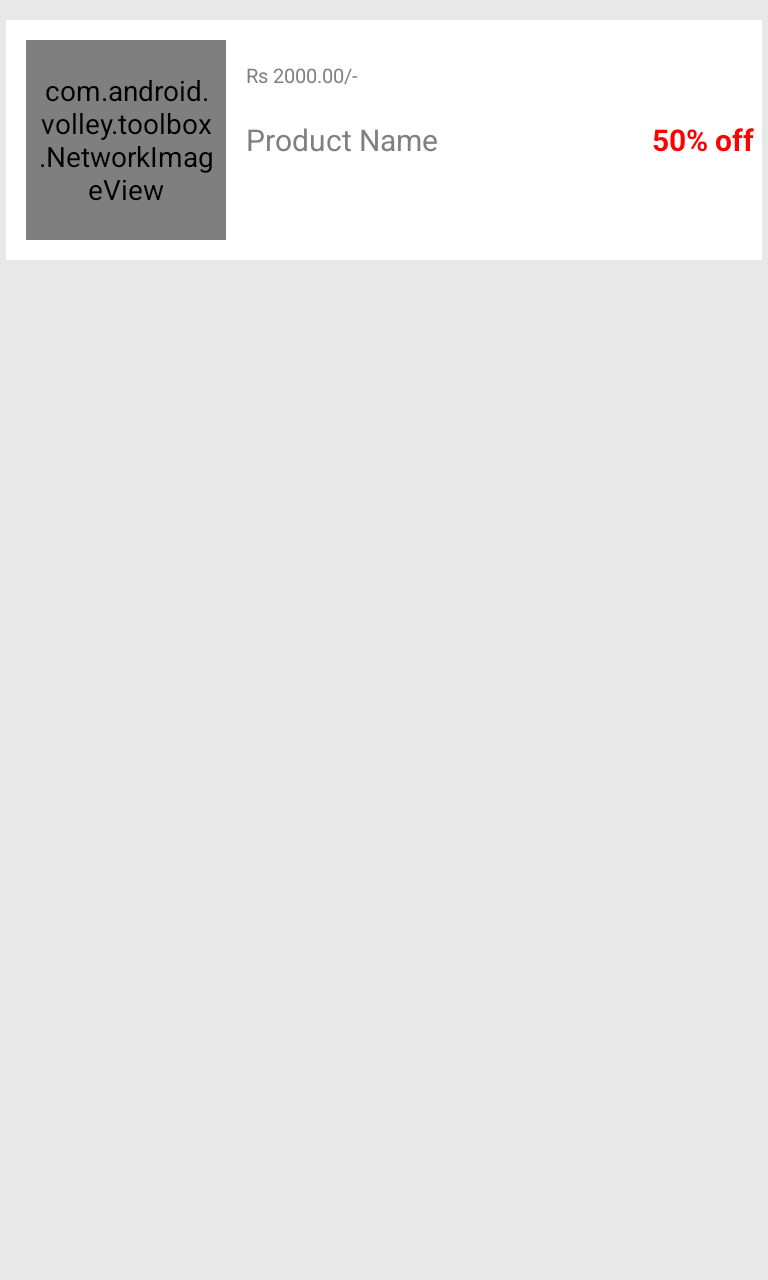
Repository: thisisdemo333/BigDiscount
Layout: BigDiscounts/res/layout/view_lv_search_list.xml
The author's editor kept a copy of each file at every save. The layout is drawn from the files as they stood at one save, then again after the next save.
Pictures or frames that could not be fetched are drawn as grey boxes. It is drawn on a 768 x 1280 px phone screen (xhdpi) without system bars, with theme AppTheme; the app's code is not run.

Above is the layout before, as saved 2015-05-10 16:21:40.

### BigDiscounts/res/layout/view_lv_search_list.xml
<?xml version="1.0" encoding="utf-8"?>
<LinearLayout xmlns:android="http://schemas.android.com/apk/res/android"
    android:layout_width="match_parent"
    android:layout_height="wrap_content"
    android:background="@color/gray_light"
    android:orientation="vertical" >

    <RelativeLayout
        android:id="@+id/relativeLayout"
        android:layout_width="match_parent"
        android:layout_height="wrap_content"
        android:layout_marginBottom="@dimen/margin_3dp"
        android:layout_marginLeft="@dimen/margin_3dp"
        android:layout_marginRight="@dimen/margin_3dp"
        android:layout_marginTop="@dimen/margin_10dp"
        android:background="@color/white" >

        <RelativeLayout
            android:id="@+id/image_loader"
            android:layout_width="wrap_content"
            android:layout_height="wrap_content" >

            <ProgressBar
                android:layout_width="wrap_content"
                android:layout_height="wrap_content"
                android:layout_centerInParent="true" />

            <com.android.volley.toolbox.NetworkImageView
                android:id="@+id/iv_product_image"
                android:layout_width="@dimen/dimen_search_item_image"
                android:layout_height="@dimen/dimen_search_item_image"
                android:layout_margin="@dimen/margin_10dp"
                android:layout_marginLeft="@dimen/margin_10dp"
                android:focusable="false"
                android:focusableInTouchMode="false"
                android:padding="@dimen/margin_5dp"
                android:scaleType="fitXY" />
        </RelativeLayout>

        <TextView
            android:id="@+id/tv_product_name"
            android:layout_width="wrap_content"
            android:layout_height="wrap_content"
            android:layout_centerVertical="true"
            android:layout_toRightOf="@+id/image_loader"
            android:text="Product Name"
            android:textColor="@color/gray"
            android:textSize="@dimen/medium_text_size" />

        <TextView
            android:id="@+id/tv_product_selling_prise"
            android:layout_width="wrap_content"
            android:layout_height="wrap_content"
            android:layout_below="@+id/tv_product_name"
            android:layout_toRightOf="@+id/image_loader"
            android:text="Rs 2000.00/-"
            android:textColor="@color/gray"
            android:textSize="@dimen/small_text_size" />

        <!-- <TextView -->
        <!-- android:id="@+id/tv_product_mrp" -->
        <!-- android:layout_width="wrap_content" -->
        <!-- android:layout_height="wrap_content" -->
        <!-- android:layout_below="@+id/tv_product_selling_prise" -->
        <!-- android:layout_toRightOf="@+id/image_loader" -->
        <!-- android:text="50000.00/-" -->
        <!-- android:textColor="@color/gray" -->
        <!-- android:textSize="@dimen/small_text_size" /> -->

        <TextView
            android:id="@+id/tv_product_offer"
            android:layout_width="wrap_content"
            android:layout_height="wrap_content"
            android:layout_alignParentRight="true"
            android:layout_below="@+id/tv_product_name"
            android:layout_centerVertical="true"
            android:layout_marginRight="@dimen/margin_2dp"
            android:padding="@dimen/padding_2dp"
            android:text="50% off"
            android:textColor="@color/red"
            android:textSize="@dimen/medium_text_size"
            android:textStyle="bold" />
    </RelativeLayout>

</LinearLayout>

### BigDiscounts/res/values/styles.xml
<resources xmlns:android="http://schemas.android.com/apk/res/android">

    <!--
        Base application theme, dependent on API level. This theme is replaced
        by AppBaseTheme from res/values-vXX/styles.xml on newer devices.


    -->
    <style name="AppBaseTheme" parent="android:Theme.Light">
        <!--
            Theme customizations available in newer API levels can go in
            res/values-vXX/styles.xml, while customizations related to
            backward-compatibility can go here.


        -->
    </style>

    <!-- Application theme. -->
    <style name="AppTheme" parent="AppBaseTheme">

        <!-- All customizations that are NOT specific to a particular API-level can go here. -->
        <item name="android:actionBarStyle">@style/MyActionBar</item>
    </style>

    <!-- Action bar theme. -->
    <style name="MyActionBar" parent="@android:style/Widget.Holo.Light.ActionBar">
        <item name="android:background">@color/RoyalBlue</item>
        <item name="android:titleTextStyle">@style/AppTitle</item>
    </style>

    <!-- App title theme -->
    <style name="AppTitle" parent="@android:style/TextAppearance.Holo.Widget.ActionBar.Title">
        <item name="android:textColor">@color/white</item>
    </style>

</resources>

### BigDiscounts/res/values/colors.xml
<?xml version="1.0" encoding="utf-8"?>
<resources>

    <color name="background">#135493</color>
    <color name="login_color">#d34836</color>
    <color name="actionBar">#2F8DE4</color>
    <color name="white_smoke">#F7F7F7</color>
    <color name="white">#ffffff</color>
    <color name="black">#000000</color>
    <color name="transparent">#00000000</color>
    <color name="main_color_green">#00b863</color>
    <color name="main_color_gray_dk">#3b3b3b</color>
    <color name="main_color_gray_lt">#acacac</color>
    <color name="main_color_gray">#7d7d7d</color>
    <color name="gray_light">#e8e8e8</color>
    <color name="yellow">#FFFF00</color>
    <color name="fuchsia">#FF00FF</color>
    <color name="red">#FF0000</color>
    <color name="silver">#C0C0C0</color>
    <color name="gray">#808080</color>
    <color name="olive">#808000</color>
    <color name="purple">#800080</color>
    <color name="maroon">#800000</color>
    <color name="aqua">#00FFFF</color>
    <color name="lime">#00FF00</color>
    <color name="teal">#008080</color>
    <color name="green">#008000</color>
    <color name="blue">#0000FF</color>
    <color name="navy">#000080</color>
    <color name="White">#FFFFFF</color>
    <color name="Ivory">#FFFFF0</color>
    <color name="LightYellow">#FFFFE0</color>
    <color name="Yellow">#FFFF00</color>
    <color name="Snow">#FFFAFA</color>
    <color name="FloralWhite">#FFFAF0</color>
    <color name="LemonChiffon">#FFFACD</color>
    <color name="Cornsilk">#FFF8DC</color>
    <color name="Seashell">#FFF5EE</color>
    <color name="LavenderBlush">#FFF0F5</color>
    <color name="PapayaWhip">#FFEFD5</color>
    <color name="BlanchedAlmond">#FFEBCD</color>
    <color name="MistyRose">#FFE4E1</color>
    <color name="Bisque">#FFE4C4</color>
    <color name="Moccasin">#FFE4B5</color>
    <color name="NavajoWhite">#FFDEAD</color>
    <color name="PeachPuff">#FFDAB9</color>
    <color name="Gold">#FFD700</color>
    <color name="Pink">#FFC0CB</color>
    <color name="LightPink">#FFB6C1</color>
    <color name="Orange">#FFA500</color>
    <color name="LightSalmon">#FFA07A</color>
    <color name="DarkOrange">#FF8C00</color>
    <color name="Coral">#FF7F50</color>
    <color name="HotPink">#FF69B4</color>
    <color name="Tomato">#FF6347</color>
    <color name="OrangeRed">#FF4500</color>
    <color name="DeepPink">#FF1493</color>
    <color name="Fuchsia">#FF00FF</color>
    <color name="Magenta">#FF00FF</color>
    <color name="Red">#FF0000</color>
    <color name="OldLace">#FDF5E6</color>
    <color name="LightGoldenrodYellow">#FAFAD2</color>
    <color name="Linen">#FAF0E6</color>
    <color name="AntiqueWhite">#FAEBD7</color>
    <color name="Salmon">#FA8072</color>
    <color name="GhostWhite">#F8F8FF</color>
    <color name="MintCream">#F5FFFA</color>
    <color name="WhiteSmoke">#F5F5F5</color>
    <color name="Beige">#F5F5DC</color>
    <color name="Wheat">#F5DEB3</color>
    <color name="SandyBrown">#F4A460</color>
    <color name="Azure">#F0FFFF</color>
    <color name="Honeydew">#F0FFF0</color>
    <color name="AliceBlue">#F0F8FF</color>
    <color name="Khaki">#F0E68C</color>
    <color name="LightCoral">#F08080</color>
    <color name="PaleGoldenrod">#EEE8AA</color>
    <color name="Violet">#EE82EE</color>
    <color name="DarkSalmon">#E9967A</color>
    <color name="Lavender">#E6E6FA</color>
    <color name="LightCyan">#E0FFFF</color>
    <color name="BurlyWood">#DEB887</color>
    <color name="Plum">#DDA0DD</color>
    <color name="Gainsboro">#DCDCDC</color>
    <color name="Crimson">#DC143C</color>
    <color name="PaleVioletRed">#DB7093</color>
    <color name="Goldenrod">#DAA520</color>
    <color name="Orchid">#DA70D6</color>
    <color name="Thistle">#D8BFD8</color>
    <color name="LightGrey">#D3D3D3</color>
    <color name="Tan">#D2B48C</color>
    <color name="Chocolate">#D2691E</color>
    <color name="Peru">#CD853F</color>
    <color name="IndianRed">#CD5C5C</color>
    <color name="MediumVioletRed">#C71585</color>
    <color name="Silver">#C0C0C0</color>
    <color name="DarkKhaki">#BDB76B</color>
    <color name="RosyBrown">#BC8F8F</color>
    <color name="MediumOrchid">#BA55D3</color>
    <color name="DarkGoldenrod">#B8860B</color>
    <color name="FireBrick">#B22222</color>
    <color name="PowderBlue">#B0E0E6</color>
    <color name="LightSteelBlue">#B0C4DE</color>
    <color name="PaleTurquoise">#AFEEEE</color>
    <color name="GreenYellow">#ADFF2F</color>
    <color name="LightBlue">#ADD8E6</color>
    <color name="DarkGray">#A9A9A9</color>
    <color name="Brown">#A52A2A</color>
    <color name="Sienna">#A0522D</color>
    <color name="YellowGreen">#9ACD32</color>
    <color name="DarkOrchid">#9932CC</color>
    <color name="PaleGreen">#98FB98</color>
    <color name="DarkViolet">#9400D3</color>
    <color name="MediumPurple">#9370DB</color>
    <color name="LightGreen">#90EE90</color>
    <color name="DarkSeaGreen">#8FBC8F</color>
    <color name="SaddleBrown">#8B4513</color>
    <color name="DarkMagenta">#8B008B</color>
    <color name="DarkRed">#8B0000</color>
    <color name="BlueViolet">#8A2BE2</color>
    <color name="LightSkyBlue">#87CEFA</color>
    <color name="SkyBlue">#87CEEB</color>
    <color name="Gray">#808080</color>
    <color name="Olive">#808000</color>
    <color name="Purple">#800080</color>
    <color name="Maroon">#800000</color>
    <color name="Aquamarine">#7FFFD4</color>
    <color name="Chartreuse">#7FFF00</color>
    <color name="LawnGreen">#7CFC00</color>
    <color name="MediumSlateBlue">#7B68EE</color>
    <color name="LightSlateGray">#778899</color>
    <color name="SlateGray">#708090</color>
    <color name="OliveDrab">#6B8E23</color>
    <color name="SlateBlue">#6A5ACD</color>
    <color name="DimGray">#696969</color>
    <color name="MediumAquamarine">#66CDAA</color>
    <color name="CornflowerBlue">#6495ED</color>
    <color name="CadetBlue">#5F9EA0</color>
    <color name="DarkOliveGreen">#556B2F</color>
    <color name="Indigo">#4B0082</color>
    <color name="MediumTurquoise">#48D1CC</color>
    <color name="DarkSlateBlue">#483D8B</color>
    <color name="SteelBlue">#4682B4</color>
    <color name="RoyalBlue">#4169E1</color>
    <color name="Turquoise">#40E0D0</color>
    <color name="MediumSeaGreen">#3CB371</color>
    <color name="LimeGreen">#32CD32</color>
    <color name="DarkSlateGray">#2F4F4F</color>
    <color name="SeaGreen">#2E8B57</color>
    <color name="ForestGreen">#228B22</color>
    <color name="LightSeaGreen">#20B2AA</color>
    <color name="DodgerBlue">#1E90FF</color>
    <color name="MidnightBlue">#191970</color>
    <color name="Aqua">#00FFFF</color>
    <color name="Cyan">#00FFFF</color>
    <color name="SpringGreen">#00FF7F</color>
    <color name="Lime">#00FF00</color>
    <color name="MediumSpringGreen">#00FA9A</color>
    <color name="DarkTurquoise">#00CED1</color>
    <color name="DeepSkyBlue">#00BFFF</color>
    <color name="DarkCyan">#008B8B</color>
    <color name="Teal">#008080</color>
    <color name="Green">#008000</color>
    <color name="DarkGreen">#006400</color>
    <color name="Blue">#0000FF</color>
    <color name="MediumBlue">#0000CD</color>
    <color name="DarkBlue">#00008B</color>
    <color name="Navy">#000080</color>
    <color name="Black">#000000</color>
    <color name="carrier_launcher_theme">#AE0000</color>
    <color name="career_header">#AE0000</color>
    <color name="career_background">#373737</color>
    <color name="cancel">#8A8D8B</color>
    <color name="listview_1">#70000000</color>
    <color name="theme">#C91870</color>
    <color name="application_bg">#E9E9E9</color>
    <color name="blue_light">#4074b3</color>
    <color name="gray_dark">#4b4b4b</color>
    <color name="gray_faint">#F7F7F7</color>
    <color name="blue_sky">#01AADE</color>
    <color name="blue_royal">#526DAE</color>
    <color name="Transperent_60black">#99000000</color>

</resources>

### BigDiscounts/res/values-hdpi/dimens.xml
<?xml version="1.0" encoding="utf-8"?>
<resources>

    <!-- Text Size -->
    <dimen name="very_small_text_size">8sp</dimen>
    <dimen name="sub_small_text_size">9sp</dimen>
    <dimen name="small_text_size">10sp</dimen>
    <dimen name="medium_text_size">15sp</dimen>
    <dimen name="large_text_size">25sp</dimen>
    <dimen name="very_large_text_size">35sp</dimen>

    <!-- padding -->
    <dimen name="padding_1dp">1dp</dimen>
    <dimen name="padding_2dp">2dp</dimen>
    <dimen name="padding_3dp">3dp</dimen>
    <dimen name="padding_4dp">4dp</dimen>
    <dimen name="padding_5dp">5dp</dimen>
    <dimen name="padding_6dp">6dp</dimen>
    <dimen name="padding_7dp">7dp</dimen>
    <dimen name="padding_8dp">8dp</dimen>
    <dimen name="padding_9dp">9dp</dimen>
    <dimen name="padding_10dp">10dp</dimen>
    <dimen name="padding_15dp">15dp</dimen>
    <dimen name="padding_20dp">20dp</dimen>
    <dimen name="padding_25dp">25dp</dimen>
    <dimen name="padding_30dp">30dp</dimen>
    <dimen name="padding_40dp">40dp</dimen>

    <!-- Margin -->
    <dimen name="margin_1dp">1dp</dimen>
    <dimen name="margin_2dp">2dp</dimen>
    <dimen name="margin_3dp">3dp</dimen>
    <dimen name="margin_4dp">4dp</dimen>
    <dimen name="margin_5dp">5dp</dimen>
    <dimen name="margin_6dp">6dp</dimen>
    <dimen name="margin_7dp">7dp</dimen>
    <dimen name="margin_8dp">8dp</dimen>
    <dimen name="margin_9dp">9dp</dimen>
    <dimen name="margin_10dp">10dp</dimen>
    <dimen name="margin_15dp">15dp</dimen>
    <dimen name="margin_20dp">20dp</dimen>
    <dimen name="margin_25dp">25dp</dimen>
    <dimen name="margin_30dp">30dp</dimen>

    <!-- Imageview Category Dimen -->
    <dimen name="imv_category_dimen">40dp</dimen>

    <!-- Category Fragment dimen -->
    <dimen name="dimen_hotdeals_listview">165dp</dimen>
    <dimen name="dimen_view_pager">165dp</dimen>
    <dimen name="dimen_hot_deals_image">165dp</dimen>
    <dimen name="dimen_product_image">165dp</dimen>

    <!-- Search Item Image dimen -->
    <dimen name="dimen_search_item_image">100dp</dimen>

    <!-- Advertise Screen Dimen -->
    <dimen name="dimen_advetise_viewpager">200dp</dimen>
    <dimen name="dimen_advertise_horizontal_listview">100dp</dimen>
    <dimen name="dimen_advertise_call_image">40dp</dimen>
    <dimen name="dimen_advertise_sms_image">40dp</dimen>
    <dimen name="dimen_advertise_pager_addres">100dp</dimen>

</resources>

### BigDiscounts/res/values-mdpi/dimens.xml
<?xml version="1.0" encoding="utf-8"?>
<resources>

    <!-- Text Size -->
    <dimen name="very_small_text_size">8sp</dimen>
    <dimen name="sub_small_text_size">9sp</dimen>
    <dimen name="small_text_size">10sp</dimen>
    <dimen name="medium_text_size">15sp</dimen>
    <dimen name="large_text_size">25sp</dimen>
    <dimen name="very_large_text_size">35sp</dimen>

    <!-- padding -->
    <dimen name="padding_1dp">1dp</dimen>
    <dimen name="padding_2dp">2dp</dimen>
    <dimen name="padding_3dp">3dp</dimen>
    <dimen name="padding_4dp">4dp</dimen>
    <dimen name="padding_5dp">5dp</dimen>
    <dimen name="padding_6dp">6dp</dimen>
    <dimen name="padding_7dp">7dp</dimen>
    <dimen name="padding_8dp">8dp</dimen>
    <dimen name="padding_9dp">9dp</dimen>
    <dimen name="padding_10dp">10dp</dimen>
    <dimen name="padding_15dp">15dp</dimen>
    <dimen name="padding_20dp">20dp</dimen>
    <dimen name="padding_25dp">25dp</dimen>
    <dimen name="padding_30dp">30dp</dimen>
    <dimen name="padding_40dp">40dp</dimen>

    <!-- Margin -->
    <dimen name="margin_1dp">1dp</dimen>
    <dimen name="margin_2dp">2dp</dimen>
    <dimen name="margin_3dp">3dp</dimen>
    <dimen name="margin_4dp">4dp</dimen>
    <dimen name="margin_5dp">5dp</dimen>
    <dimen name="margin_6dp">6dp</dimen>
    <dimen name="margin_7dp">7dp</dimen>
    <dimen name="margin_8dp">8dp</dimen>
    <dimen name="margin_9dp">9dp</dimen>
    <dimen name="margin_10dp">10dp</dimen>
    <dimen name="margin_15dp">15dp</dimen>
    <dimen name="margin_20dp">20dp</dimen>
    <dimen name="margin_25dp">25dp</dimen>
    <dimen name="margin_30dp">30dp</dimen>

    <!-- Imageview Category Dimen -->
    <dimen name="imv_category_dimen">35dp</dimen>

    <!-- Category Fragment dimen -->
    <dimen name="dimen_hotdeals_listview">150dp</dimen>
    <dimen name="dimen_view_pager">150dp</dimen>
    <dimen name="dimen_hot_deals_image">150dp</dimen>
    <dimen name="dimen_product_image">150dp</dimen>

    <!-- Search Item Image dimen -->
    <dimen name="dimen_search_item_image">100dp</dimen>

    <!-- Advertise Screen Dimen -->
    <dimen name="dimen_advetise_viewpager">200dp</dimen>
    <dimen name="dimen_advertise_horizontal_listview">100dp</dimen>
    <dimen name="dimen_advertise_call_image">40dp</dimen>
    <dimen name="dimen_advertise_sms_image">40dp</dimen>
    <dimen name="dimen_advertise_pager_addres">100dp</dimen>

</resources>

### BigDiscounts/res/values-xhdpi/dimens.xml
<?xml version="1.0" encoding="utf-8"?>
<resources>

    <!-- Text Size -->
    <dimen name="very_small_text_size">8sp</dimen>
    <dimen name="sub_small_text_size">9sp</dimen>
    <dimen name="small_text_size">10sp</dimen>
    <dimen name="medium_text_size">15sp</dimen>
    <dimen name="large_text_size">25sp</dimen>
    <dimen name="very_large_text_size">35sp</dimen>

    <!-- padding -->
    <dimen name="padding_1dp">1dp</dimen>
    <dimen name="padding_2dp">2dp</dimen>
    <dimen name="padding_3dp">3dp</dimen>
    <dimen name="padding_4dp">4dp</dimen>
    <dimen name="padding_5dp">5dp</dimen>
    <dimen name="padding_6dp">6dp</dimen>
    <dimen name="padding_7dp">7dp</dimen>
    <dimen name="padding_8dp">8dp</dimen>
    <dimen name="padding_9dp">9dp</dimen>
    <dimen name="padding_10dp">10dp</dimen>
    <dimen name="padding_15dp">15dp</dimen>
    <dimen name="padding_20dp">20dp</dimen>
    <dimen name="padding_25dp">25dp</dimen>
    <dimen name="padding_30dp">30dp</dimen>
    <dimen name="padding_40dp">40dp</dimen>

    <!-- Margin -->
    <dimen name="margin_1dp">1dp</dimen>
    <dimen name="margin_2dp">2dp</dimen>
    <dimen name="margin_3dp">3dp</dimen>
    <dimen name="margin_4dp">4dp</dimen>
    <dimen name="margin_5dp">5dp</dimen>
    <dimen name="margin_6dp">6dp</dimen>
    <dimen name="margin_7dp">7dp</dimen>
    <dimen name="margin_8dp">8dp</dimen>
    <dimen name="margin_9dp">9dp</dimen>
    <dimen name="margin_10dp">10dp</dimen>
    <dimen name="margin_15dp">15dp</dimen>
    <dimen name="margin_20dp">20dp</dimen>
    <dimen name="margin_25dp">25dp</dimen>
    <dimen name="margin_30dp">30dp</dimen>

    <!-- Imageview Category Dimen -->
    <dimen name="imv_category_dimen">45dp</dimen>

    <!-- Category Fragment dimen -->
    <dimen name="dimen_hotdeals_listview">165dp</dimen>
    <dimen name="dimen_view_pager">165dp</dimen>
    <dimen name="dimen_hot_deals_image">165dp</dimen>
    <dimen name="dimen_product_image">165dp</dimen>


    <!-- Search Item Image dimen -->
    <dimen name="dimen_search_item_image">100dp</dimen>

    <!-- Advertise Screen Dimen -->
    <dimen name="dimen_advetise_viewpager">200dp</dimen>
    <dimen name="dimen_advertise_horizontal_listview">100dp</dimen>
    <dimen name="dimen_advertise_call_image">40dp</dimen>
    <dimen name="dimen_advertise_sms_image">40dp</dimen>
    <dimen name="dimen_advertise_pager_addres">100dp</dimen>

</resources>

Loaded but not shown: BigDiscounts/res/values-v11/styles.xml (common file); BigDiscounts/res/values-v14/styles.xml (common file)

After the next save:
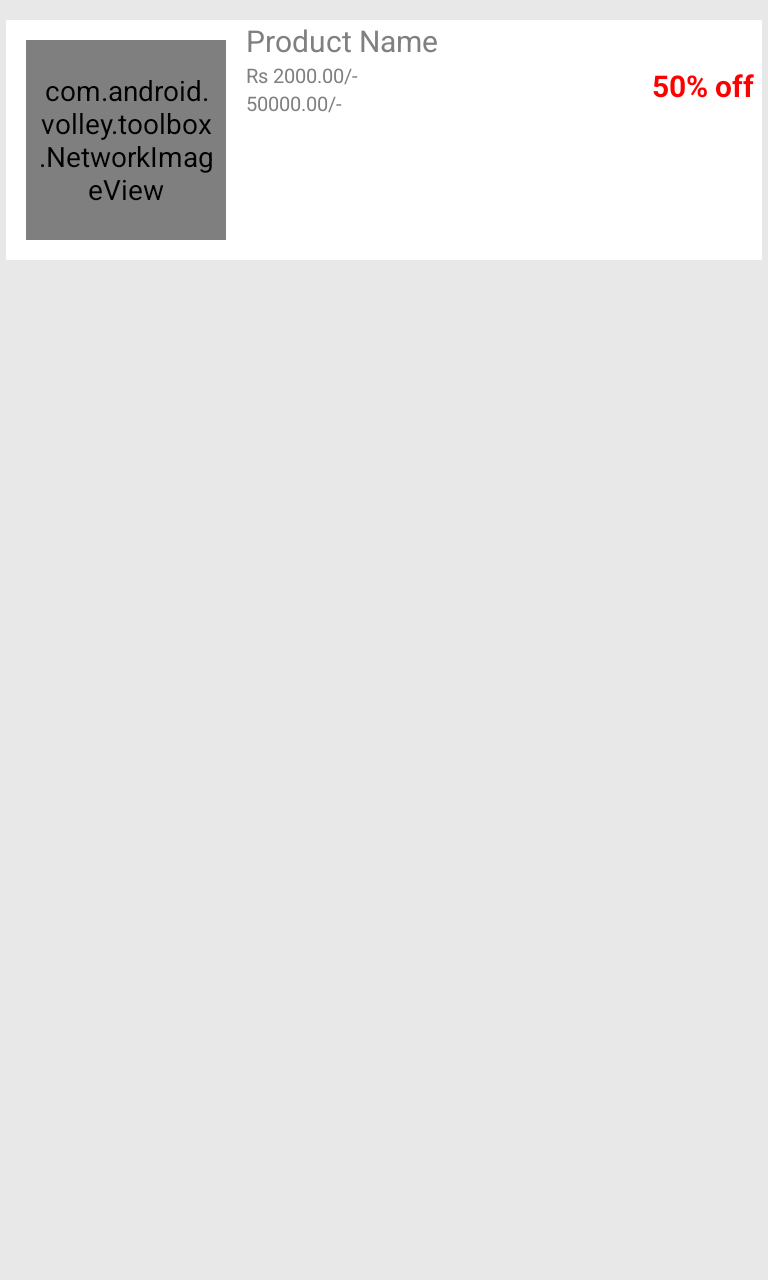
Saved 70 s later.
--- a/BigDiscounts/res/layout/view_lv_search_list.xml
+++ b/BigDiscounts/res/layout/view_lv_search_list.xml
@@ -41,7 +41,7 @@
             android:id="@+id/tv_product_name"
             android:layout_width="wrap_content"
             android:layout_height="wrap_content"
-            android:layout_centerVertical="true"
+
             android:layout_toRightOf="@+id/image_loader"
             android:text="Product Name"
             android:textColor="@color/gray"
@@ -57,15 +57,15 @@
             android:textColor="@color/gray"
             android:textSize="@dimen/small_text_size" />
 
-        <!-- <TextView -->
-        <!-- android:id="@+id/tv_product_mrp" -->
-        <!-- android:layout_width="wrap_content" -->
-        <!-- android:layout_height="wrap_content" -->
-        <!-- android:layout_below="@+id/tv_product_selling_prise" -->
-        <!-- android:layout_toRightOf="@+id/image_loader" -->
-        <!-- android:text="50000.00/-" -->
-        <!-- android:textColor="@color/gray" -->
-        <!-- android:textSize="@dimen/small_text_size" /> -->
+        <TextView
+            android:id="@+id/tv_product_mrp"
+            android:layout_width="wrap_content"
+            android:layout_height="wrap_content"
+            android:layout_below="@+id/tv_product_selling_prise"
+            android:layout_toRightOf="@+id/image_loader"
+            android:text="50000.00/-"
+            android:textColor="@color/gray"
+            android:textSize="@dimen/small_text_size" />
 
         <TextView
             android:id="@+id/tv_product_offer"
